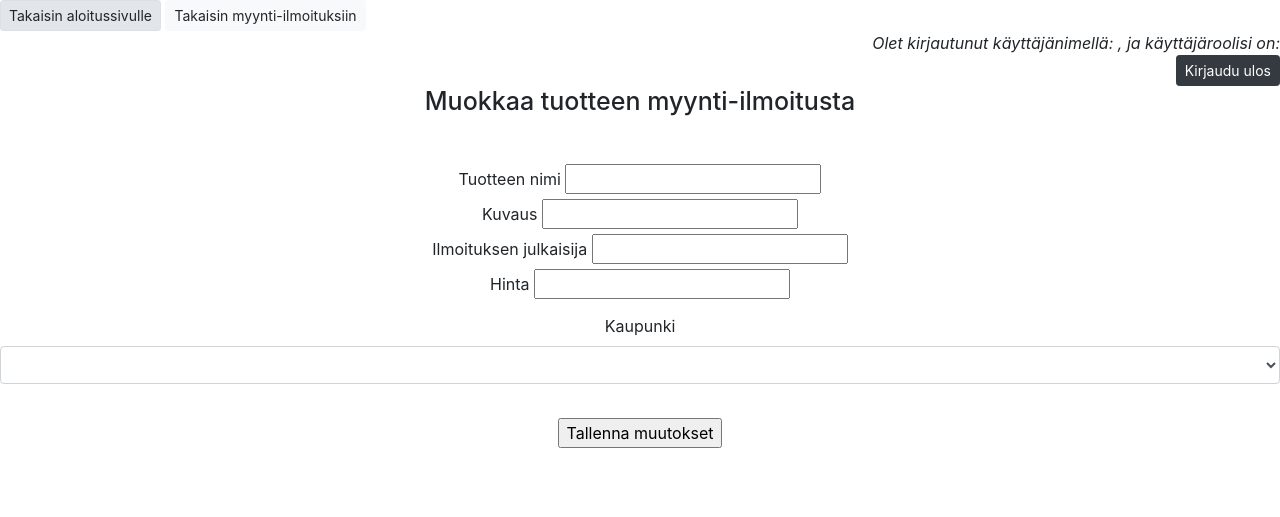
Repository: LiljestromNadja/Backend_s2023_harjoitustyo
Page: http://localhost/editArticle
These files come from the project's save history. The page is drawn as it stood at one moment and after the next save; the edit follows.
The browser window is 1280 px wide. The pictures show the whole page.
The page is this project's Thymeleaf template; nobody is signed in. The template is opened directly, without the code that normally fills it, so the values that code supplies are empty.

Above is the page before, as saved 2023-11-10 16:42:50.

### harkkas23v01/src/main/resources/templates/editArticle.html
<!DOCTYPE HTML>
<html xmlns:th="http://www.thymeleaf.org">
	<head>
	    <title>Muokkaa ilmoitusta</title>
	    <meta http-equiv="Content-Type" content="text/html; charset=UTF-8" />
	    <!-- Bootstrap-linkki vaihdettu tähän 04-10-2023 -->
	<link rel="stylesheet" href="https://cdn.jsdelivr.net/npm/bootstrap@4.0.0/dist/css/bootstrap.min.css" integrity="sha384-Gn5384xqQ1aoWXA+058RXPxPg6fy4IWvTNh0E263XmFcJlSAwiGgFAW/dAiS6JXm" crossorigin="anonymous"> <!-- Lisättiin tyyli, bootstrap 4.0 -->
	<!-- Lisättiin tyyli, bootstrap 4.0 -->
	</head>
	<body>
			<a href="/index"><button class="text-left btn btn-light btn-sm">Takaisin aloitussivulle</button></a>
			<a href="/articlelist"><button	class="text-left btn btn-light btn-sm">Takaisin myynti-ilmoituksiin</button></a>

		<div class="text-right">
			<i>Olet kirjautunut käyttäjänimellä: <b sec:authentication="name"></b>,	ja käyttäjäroolisi on: <b sec:authentication="principal.authorities"></b>
			</i>
			<br>
			<form class="text-right" th:action="@{/logout}" method="post">
				<input type="submit" value="Kirjaudu ulos" class="btn btn-sm btn-dark" />
			</form>
		</div>

		<h1 style="text-align: center;font-size: 25px"> Muokkaa tuotteen myynti-ilmoitusta</h1>

		<div style="clear: both; display: block; height: 40px;"></div>


		<div style="text-align: center;">
		<form th:object="${article}" th:action="@{../save}" action="#" method="post"> <!-- Tässä menee @{/save} -->

			  	<input type="hidden" id="id" th:field="*{id}" /><!-- muokatessa id:n täytyy mennä mukana backendin puolelle, ettei luoda uutta articlea -->
			  	<div>
			  	<label>Tuotteen nimi</label>
				<input type="text" th:field="*{title}" />
				</div>
				<div>
			  	<label>Kuvaus</label>
			  	<input type="text" th:field="*{description}" />
				</div>
				<div>
			  	<label>Ilmoituksen julkaisija</label>
				<input type="text" th:field="*{publisher}" />
				</div>
<!-- 			<div>
		  		<label>Ilmoitus jätetty</label>
				<input type="text" th:field="*{dateadded}" />
				</div> Käyttäjä ei syötä tätä tietoa-->
				<div>
			  	<label>Hinta</label>
				<input type="number" th:field="*{price}" step="0.01"  />
				</div>
				<div style="clear: both; display: block; height: 10px;"></div>
			  	<label for="citylist">Kaupunki</label>
				 <select style="text-align: center;" id="citylist" th:field="*{city}" class="form-control">
	       			<option th:each="city: ${cities}" th:value="${city.cityid}" th:text="${city.name}"></option>
	    		</select>
	 	  		<div>
	<!--		<label>User id</label> <!--article.applicationuserid kulkee piilossa -->
				<input type="hidden" th:field="*{applicationuser.id}" />
				</div>
	     		<div style="clear: both; display: block; height: 10px;"></div>

	<!-- 		<label for="appuserlist">User</label><!-- Lisätty 20102023, käyttäjien listaus, jos on tarkoitus päästä muokkaan kirjan lisääjää muista muuttaa myös Controller -->
	<!--  		<select id="appuserlist" th:field="*{applicationuser}" class="form-control">
	       			<option th:each="applicationuser: ${applicationusers}" th:value="${applicationuser.id}" th:text="${applicationuser.username}"></option>
	    		</select> -->
				<br>

				<input type="submit" value="Tallenna muutokset"></input>
			</form>

		</div>


	</body>
</html>

After the next save:
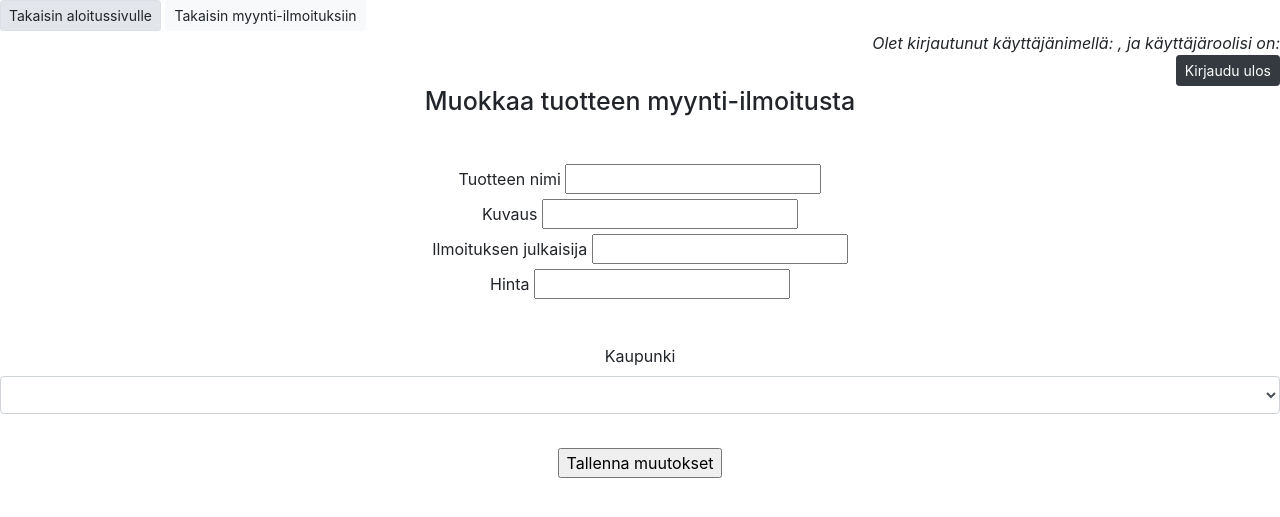
Saved 24 s later.
--- a/harkkas23v01/src/main/resources/templates/editArticle.html
+++ b/harkkas23v01/src/main/resources/templates/editArticle.html
@@ -49,7 +49,7 @@
 			  	<label>Hinta</label>
 				<input type="number" th:field="*{price}" step="0.01"  />
 				</div>
-				<div style="clear: both; display: block; height: 10px;"></div>
+				<div style="clear: both; display: block; height: 40px;"></div>
 			  	<label for="citylist">Kaupunki</label>
 				 <select style="text-align: center;" id="citylist" th:field="*{city}" class="form-control">
 	       			<option th:each="city: ${cities}" th:value="${city.cityid}" th:text="${city.name}"></option>
